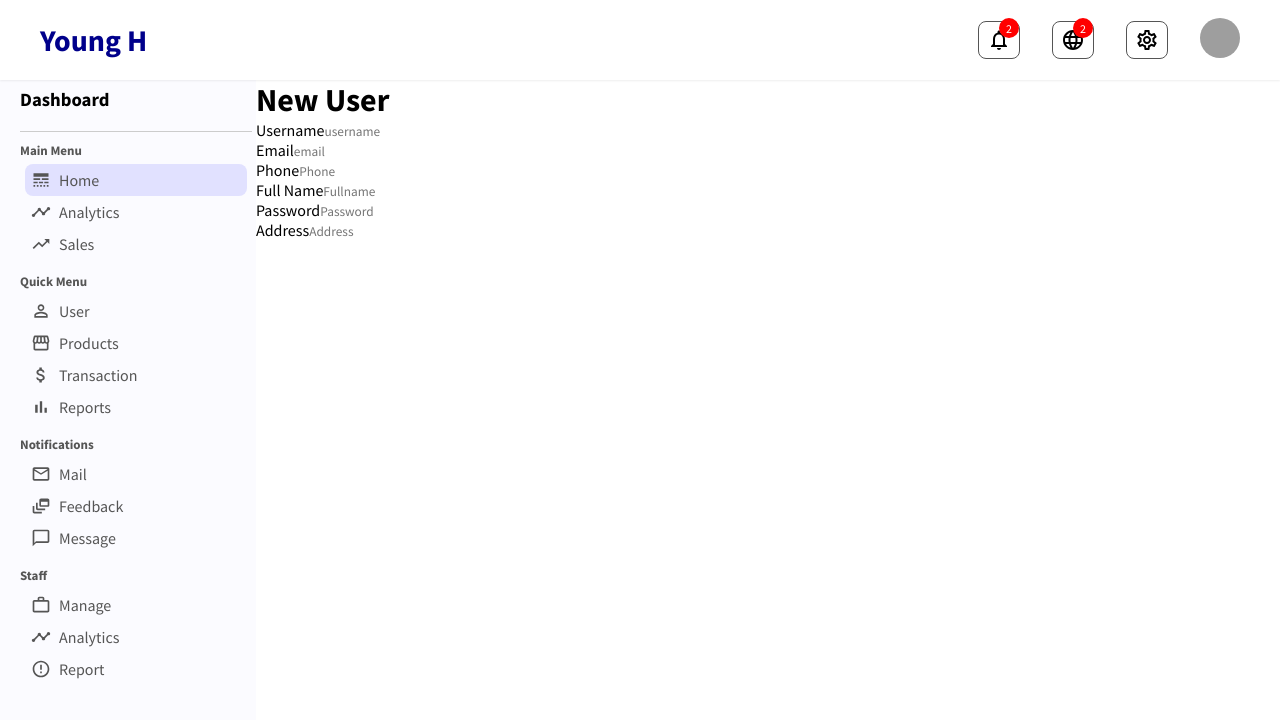
Repository: noname20011/admin
Page: /register
These files come from the project's save history. The page is drawn as it stood at one moment and after the next save; the edit follows.
The browser window is 1280 px wide. The pictures show the whole page.
Pictures or frames that could not be fetched are drawn as grey boxes. The project was rebuilt for these pictures with package versions that can differ from the ones it lists, and the page was loaded fresh each time. Also part of the build but not shown: src/pages/home/home.css, src/comopnents/featureInfo/feature.css, src/comopnents/featureInfo/Feature.jsx, src/comopnents/chart/chart.css, src/comopnents/chart/Chart.jsx, src/comopnents/widgetSm/widgetSm.css, src/comopnents/widgetSm/WidgetSm.jsx, src/comopnents/widgetLg/widgetLg.css and 7 more.

Above is the page before, as saved 2021-11-14 15:13:40.

### public/index.html
<!DOCTYPE html>
<html lang="en">
  <head>
    <meta charset="utf-8" />
    <meta name="viewport" content="width=device-width, initial-scale=1" />
    <meta name="theme-color" content="#000000" />
    <meta
      name="description"
      content="Web site created using create-react-app"
    />
    <!-- GOOGLE FONTS -->
    <link href="https://fonts.googleapis.com/css2?family=Source+Sans+Pro:wght@200;300;400;600;700;900&display=swap" rel="stylesheet">
    <style>
      * {
        font-family: 'Source Sans Pro', sans-serif;
        padding: 0;
        margin: 0;
      }
    </style>
    <title>React Admin App</title>
  </head>
  <body>
    <div id="root"></div>
  </body>
</html>

### src/App.js
import Topbar from "./comopnents/topbar/Topbar";
import Sidebar from "./comopnents/sidebar/Sidebar";
import Home from "./pages/home/Home.jsx"
import UserList from "./pages/userList/UserList";
import User from "./pages/user/User";
import NewUser from "./pages/newUser/NewUser";
import './app.css'

import {BrowserRouter as Router, Routes , Route} from "react-router-dom"
function App() {
  return (
    <div>
      <Router>
        <Topbar/>
        <div className="container">
          <Sidebar/>
          <Routes >
            <Route path="/" exact element={<Home/>}/>
            <Route path="/users" exact element={<UserList/>}/>
            <Route path="/user/:userId" exact element={<User/>}/>
            <Route path="/register" exact element={<NewUser/>}/>
          </Routes>
        </div>
      </Router>
    </div>
  );
}

export default App;

### src/comopnents/topbar/Topbar.jsx
import React from 'react'
import './topbar.css'

import { Language, NotificationsNone, SettingsOutlined  } from '@material-ui/icons'

export default function Topbar() {
    return (
        <div className="topbar">
            <div className="topbarWrapper">
                <div className="topLeft">
                    <div className="logo">Young H</div>
                </div>
                <div className="topRight">
                    <div className="topbarIconContainer">
                        <NotificationsNone/>
                        <div className="topIconsBadge">2</div>
                    </div>
                    <div className="topbarIconContainer">
                        <Language/>
                        <div className="topIconsBadge">2</div>
                    </div>
                    <div className="topbarIconContainer">
                        <SettingsOutlined/>
                    </div>
                    <div>
                        <img src="https://images.pexels.com/photos/1526814/pexels-photo-1526814.jpeg?auto=compress&cs=tinysrgb&dpr=2&w=500" alt="admin" className="topAvatar"/>
                    </div>
                </div>
            </div>
        </div>
    )
}

### src/comopnents/sidebar/Sidebar.jsx
import { AttachMoney, BarChart, ChatBubbleOutline, DynamicFeed, ErrorOutline, LineStyle, MailOutlined, PersonOutline, Storefront, Timeline, TrendingUp,  WorkOutlineOutlined } from '@material-ui/icons'
import React from 'react'
import "./sidebar.css"
export default function Sidebar() {
    return (
        <div className="sidebar">
            <div className="sidebarWrapper">
                <h3 className="sidebarTitle">Dashboard</h3>
                <div className="sidebarMenu">
                    <h4 className="sidebarMenuTitle">Main Menu</h4>
                    <ul className="sidebarLists">
                        <li className="sidebarListItem active">
                            <LineStyle className="sidebarIcon"/>
                            Home
                        </li>
                        <li className="sidebarListItem">
                            <Timeline className="sidebarIcon"/>
                            Analytics
                        </li>
                        <li className="sidebarListItem">
                            <TrendingUp className="sidebarIcon"/>
                            Sales
                        </li>
                    </ul>
                </div>
                <div className="sidebarMenu">
                    <h4 className="sidebarMenuTitle">Quick Menu</h4>
                    <ul className="sidebarLists">
                        <li className="sidebarListItem">
                            <PersonOutline className="sidebarIcon"/>
                            User
                        </li>
                        <li className="sidebarListItem">
                            <Storefront className="sidebarIcon"/>
                            Products
                        </li>
                        <li className="sidebarListItem">
                            <AttachMoney className="sidebarIcon"/>
                            Transaction
                        </li>
                        <li className="sidebarListItem">
                            <BarChart className="sidebarIcon"/>
                            Reports
                        </li>
                    </ul>
                </div>
                <div className="sidebarMenu">
                    <h4 className="sidebarMenuTitle">Notifications</h4>
                    <ul className="sidebarLists">
                        <li className="sidebarListItem">
                            <MailOutlined className="sidebarIcon"/>
                            Mail
                        </li>
                        <li className="sidebarListItem">
                            <DynamicFeed className="sidebarIcon"/>
                            Feedback
                        </li>
                        <li className="sidebarListItem">
                            <ChatBubbleOutline className="sidebarIcon"/>
                            Message
                        </li>
                    </ul>
                </div>
                <div className="sidebarMenu">
                    <h4 className="sidebarMenuTitle">Staff</h4>
                    <ul className="sidebarLists">
                        <li className="sidebarListItem">
                            <WorkOutlineOutlined className="sidebarIcon"/>
                            Manage
                        </li>
                        <li className="sidebarListItem">
                            <Timeline className="sidebarIcon"/>
                            Analytics
                        </li>
                        <li className="sidebarListItem">
                            <ErrorOutline className="sidebarIcon"/>
                            Report
                        </li>
                    </ul>
                </div>
            </div>
        </div>
    )
}

### src/pages/newUser/NewUser.jsx
import "./newUser.css"

export default function NewUser() {
    return (
        <div className="newUser">
            <h1 className="newUserTitle">New User</h1>
            <div className="newUserContainer">
                <form action="" className="newUserForm">
                    <div className="newUserItem">
                        <label>Username</label>
                        <input type="text" className="newUserInput" placeholder="username"/>
                    </div>
                    <div className="newUserItem">
                        <label>Email</label>
                        <input type="email" className="newUserInput" placeholder="email"/>
                    </div>
                    <div className="newUserItem">
                        <label>Phone</label>
                        <input type="text" className="newUserInput" placeholder="Phone"/>
                    </div>
                    <div className="newUserItem">
                        <label>Full Name</label>
                        <input type="text" className="newUserInput" placeholder="Fullname"/>
                    </div>
                    <div className="newUserItem">
                        <label>Password</label>
                        <input type="text" className="newUserInput" placeholder="Password"/>
                    </div>
                    <div className="newUserItem">
                        <label>Address</label>
                        <input type="text" className="newUserInput" placeholder="Address"/>
                    </div>
                </form>
            </div>
        </div>
    )
}

### src/app.css
ul, li {
    list-style: none;
}

a {
    text-decoration: none;
}

.container {
    display: flex;
}

.other {
    flex: 4;
}

button, input {
    border: none;
    outline: none;
}

### src/comopnents/topbar/topbar.css
.topbar {
    width: 100%;
    height: 80px;
    background: #fff;
    box-shadow: 0 .5px 2px rgba(0, 0, 0, 0.07);

    position: sticky;
    top: 0;
    z-index: 1000;
}

.topbarWrapper {
    height: 100%;
    padding: 0 40px;
    display: flex;
    justify-content: space-between;
    align-items: center;
}

.logo {
    font-weight: bold;
    font-size: 30px;
    color: darkblue;
    cursor: pointer;
}

.topRight {
    display: flex;
    align-items: center;
    column-gap: 2rem;
}
.topbarIconContainer {
    position: relative;
    cursor: pointer;
    width: 40px;
    height: 36px;
    border: 1px solid #555;
    border-radius: .5rem;
    display: flex;
    align-items: center;
    justify-content: center;
}

.topbarIconContainer:hover {
    background-color: rgb(248, 246, 246);
}

.topIconsBadge {
    font-size: 12px;
    position: absolute;
    top: -4px;
    right: 0px;

    width: 20px;
    height: 20px;
    background-color: red;
    color: #fff;
    border-radius: 50%;

    display: flex;
    place-content: center;
    place-items: center;
}

.topAvatar {
    width: 40px;
    height: 40px;
    object-fit: cover;
    border-radius: 50%;
    cursor: pointer;
}

### src/comopnents/sidebar/sidebar.css
.sidebar {
    flex: 1;
    background-color: rgb(251, 251, 255);
    position: sticky;
    top: 80px;
    height: calc(100vh - 80px);
}

.sidebarWrapper {
    padding: 8px 4px 0 20px;
}

.sidebarTitle {
    padding-bottom: 20px;
    margin-bottom: 10px;
    border-bottom: 1px solid #ccc;
}

.sidebarMenu {
    margin-bottom: 8px;
}

.sidebarMenuTitle {
    color: #555;
    font-size: 13px;
}

.sidebarLists {
    padding: 5px;
}

.sidebarListItem {
    display: flex;
    align-items: center;
    column-gap: .5rem;

    padding: 6px;
    color: #555;
    cursor: pointer;
    border-radius: .5rem;
}

.sidebarListItem.active,
.sidebarListItem:hover {
    background-color: rgb(225, 225, 255);
}

.sidebarIcon {
    font-size: 20px!important;
}

### src/pages/newUser/newUser.css
.newUser {
    flex: 4;
}

Loaded but not shown: src/index.js (common file)

After the next save:
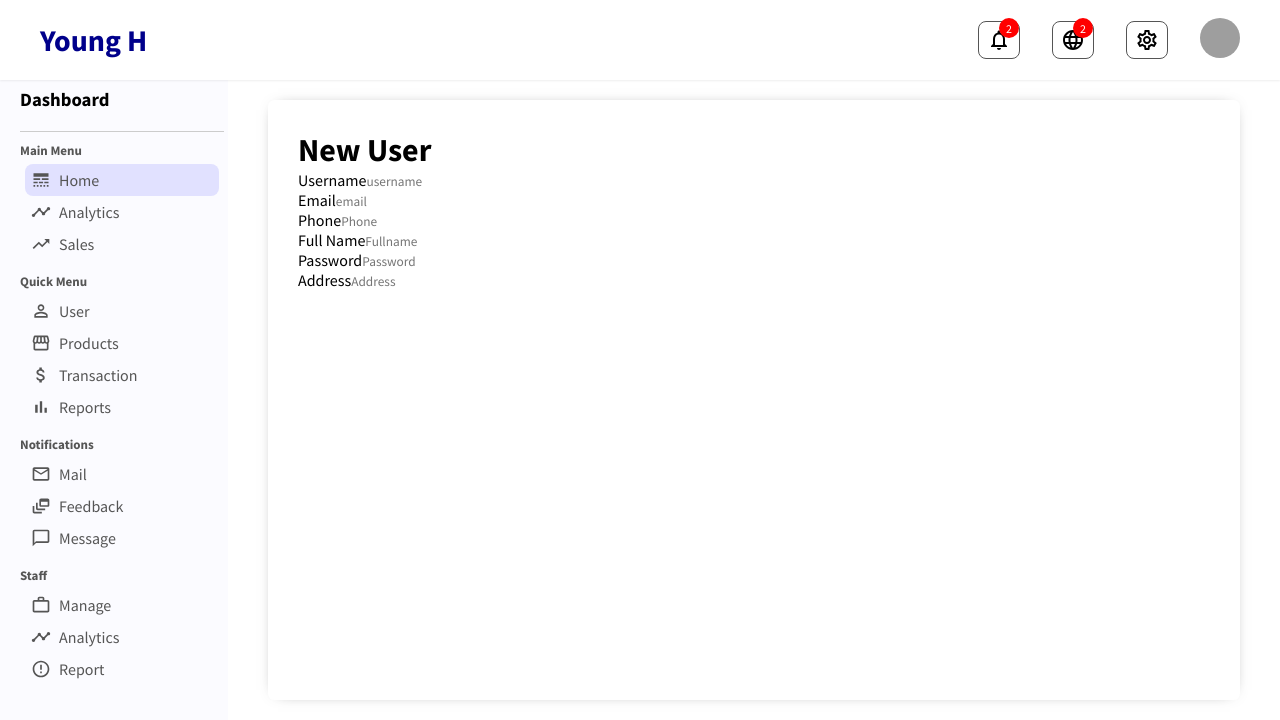
Saved 40 s later.
--- a/src/pages/newUser/newUser.css
+++ b/src/pages/newUser/newUser.css
@@ -1,3 +1,8 @@
 .newUser {
     flex: 4;
+    margin: 20px 40px;
+    padding: 30px;
+    border-radius: .4rem;
+    -webkit-box-shadow: 0px 0px 15px -10px rgba(0, 0, 0, 0.75);
+    box-shadow: 0px 0px 15px -10px rgba(0, 0, 0, 0.75);
 }
